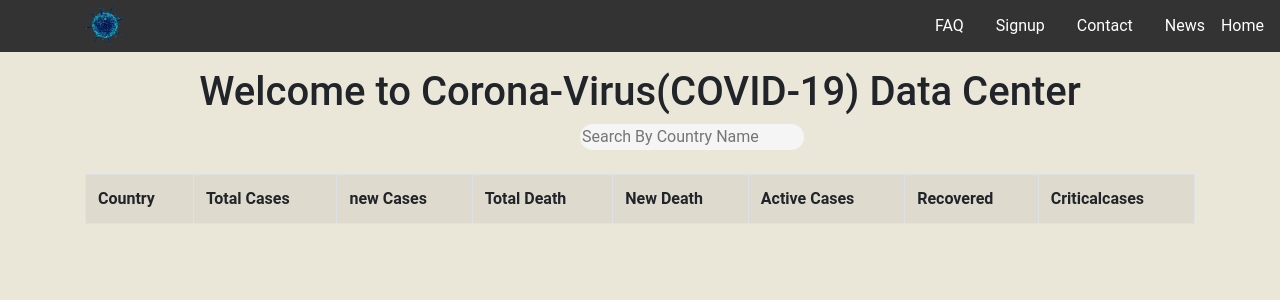
Repository: xthashankar/COVID-19-data-
Page: index.html
These files come from the project's save history. The page is drawn as it stood at one moment and after the next save; the edit follows.
The browser window is 1280 px wide. The pictures show the whole page.
The page's requests for data from a server got no answer.

Above is the page before, as saved 2020-04-14 21:51:27.

After the next save:
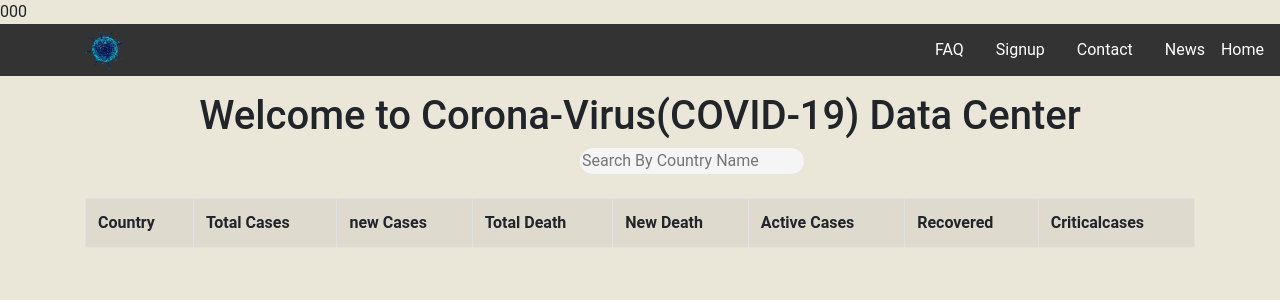
Saved 7 s later.
--- a/index.html
+++ b/index.html
@@ -10,7 +10,7 @@
     <link rel="stylesheet" href="css/styles.css">
     <title>Document</title>
 </head>
-<body>
+<body>000
     <ul>
         <ul>
             <img src="image/coronavirus.png">
